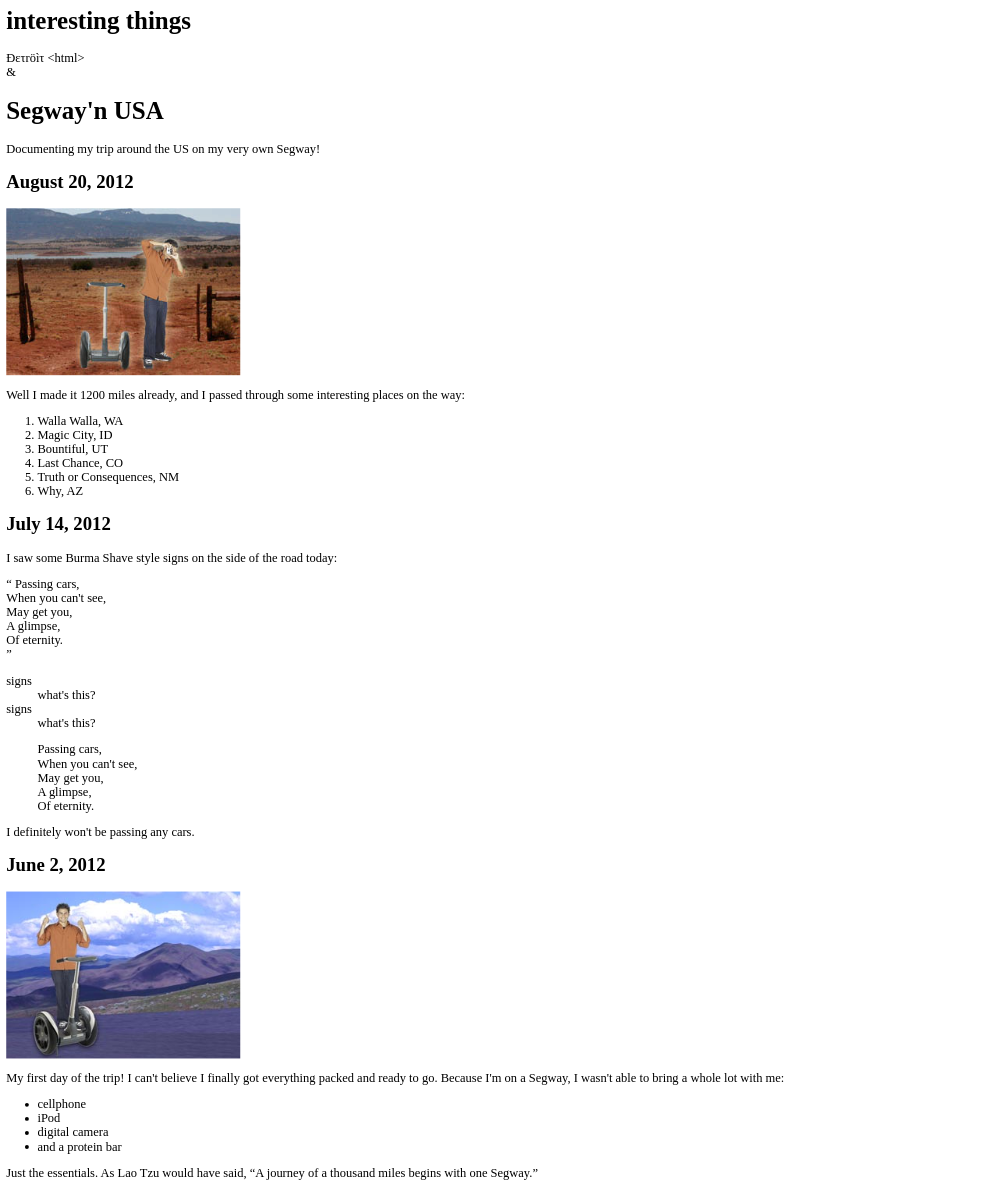
Repository: Dearning/head-first-html-css
Page: chapter3/journal/journal.html
An editor plug-in stored every save of this project. The page is shown before and after the next save, followed by the edit.
The browser window is 1280 px wide. The pictures show the whole page, at 78% of full size.

Above is the page before, as saved 2021-09-17 09:42:00.

### chapter3/journal/journal.html
<html>
  <head>
    <title>My Trip Around the USA on a Segway</title>
  </head>
  <body>
    <h1>interesting things </h1>
&#208;&epsilon;&tau;&#114;&ouml;&igrave;&tau;
    &lt;html&gt;<br>
    &amp;
    <time></time>

    <h1>Segway'n USA</h1>
    <p>
      Documenting my trip around the US on my very own Segway!
    </p>

    <h2>August 20, 2012</h2>
    <img src="images/segway2.jpg">
    <p>
      Well I made it 1200 miles already, and I passed
      through some interesting places on the way:
    </p>

    <ol>
      <li>Walla Walla, WA</li>
      <li>Magic City, ID</li>
      <li>Bountiful, UT</li>
      <li>Last Chance, CO</li>
      <li>Truth or Consequences, NM</li>
      <li>Why, AZ</li>
    </ol>

    <h2>July 14, 2012</h2>
    <p>
      I saw some Burma Shave style signs on the side of the
      road today:
    </p>
    <q>
      Passing cars, <br>
      When you can't see, <br>
      May get you, <br>
      A glimpse, <br>
      Of eternity. <br>
    </q>
<dl>
  <dt>signs</dt>
  <dd>what's this?</dd>

  <dt>signs</dt>
  <dd>what's this?</dd>
</dl>
    <blockquote>
      Passing cars, <br>
      When you can't see, <br>
      May get you, <br>
      A glimpse, <br>
      Of eternity. <br>
    </blockquote>
    <p>
      I definitely won't be passing any cars.
    </p>

    <h2>June 2, 2012</h2>
    <img src="images/segway1.jpg">
    <p>
      My first day of the trip!  I can't believe I finally got
      everything packed and ready to go.  Because I'm on a Segway,
      I wasn't able to bring a whole lot with me:
    </p>
    <ul>
      <li>cellphone</li>
      <li>iPod</li>
      <li>digital camera</li>
      <li>and a protein bar</li>
    </ul>
    <p>
       Just the essentials.  As
      Lao Tzu would have said, <q>A journey of a
      thousand miles begins with one Segway.</q>
    </p>
  </body>
</html>

After the next save:
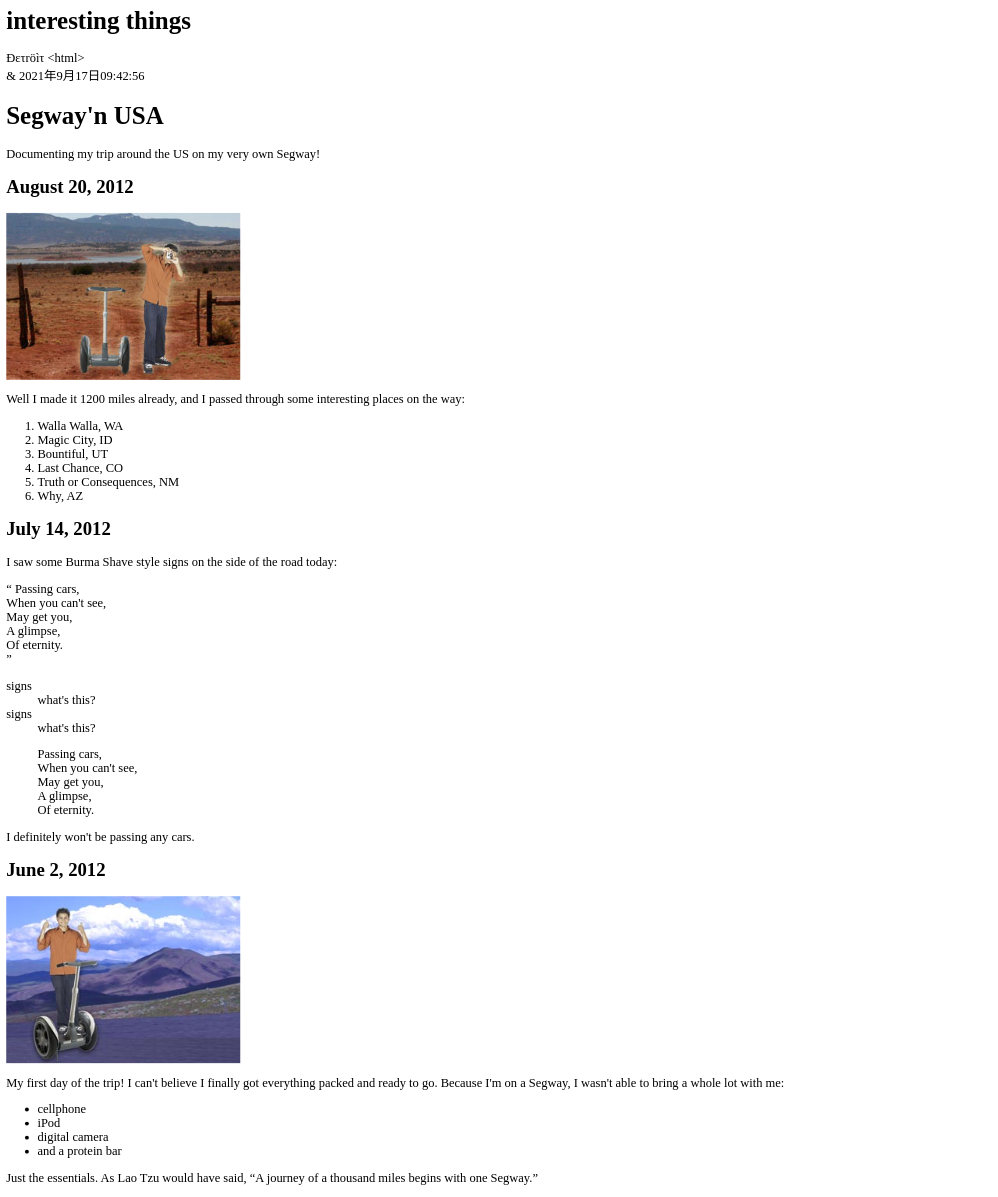
Saved 58 s later.
--- a/chapter3/journal/journal.html
+++ b/chapter3/journal/journal.html
@@ -7,7 +7,7 @@
 &#208;&epsilon;&tau;&#114;&ouml;&igrave;&tau;
     &lt;html&gt;<br>
     &amp;
-    <time></time>
+    <time>2021年9月17日09:42:56</time>
 
     <h1>Segway'n USA</h1>
     <p>
